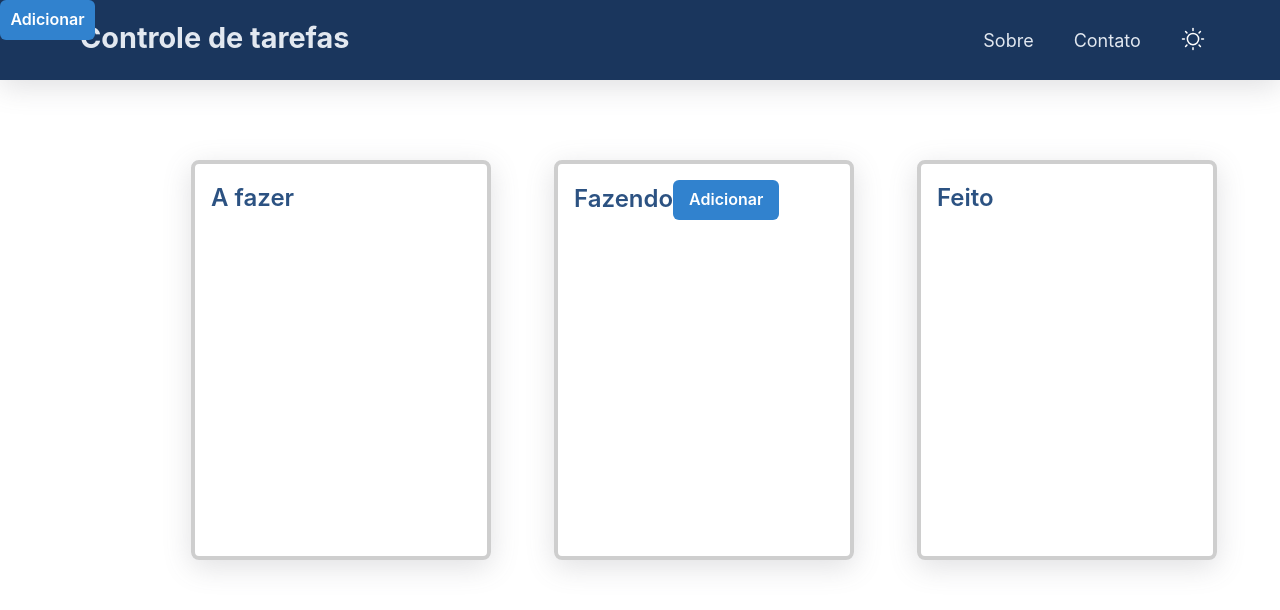
Repository: leosulzbach/Hackaton-Relampago
Page: /home (app in Front/)
An editor plug-in stored every save of this project. The page is shown before and after the next save, followed by the edit.
The browser window is 1280 px wide. The pictures show the whole page.
The page's requests for data from a server got no answer. The project was rebuilt for these pictures with package versions that can differ from the ones it lists, and the page was loaded fresh each time. No one was signed in, and anything a server would have sent is missing. Also part of the build but not shown: Front/vite.config.ts.

Above is the page before, as saved 2022-11-07 16:17:12.

### Front/src/App.tsx
import { ChakraProvider, theme } from "@chakra-ui/react"
import { BrowserRouter } from "react-router-dom"
import { Router } from "./Routes/Router"



function App() {
  return(
    <ChakraProvider theme={theme}>
    <BrowserRouter>
      <Router />
    </BrowserRouter>
  </ChakraProvider>
  )
}

export default App

### Front/src/Routes/Router.tsx
import { Routes, Route } from "react-router-dom";
import { Home } from "../Pages/home";


export function Router() {
  return (
    <Routes>
      <Route path="/home" element={<Home />} />
     </Routes>
  );
}

### Front/src/Pages/home.tsx
import { Box, Button, Flex, Grid, Text } from '@chakra-ui/react'
import axios from 'axios';
import { CalendarPlus } from 'phosphor-react';
import { useEffect, useState } from 'react';
import { Header } from '../Components/Header'


export interface Cadastro {
    id: number;
    descricao: string;
    situacao: string;
    data_vencimento: string;
    prioridade: string;
    email: string

}

export const Home = () => {

        const [CadastroList, setCadastroList] = useState<Cadastro[]>([]);
        const [CadastroFilter, setCadastroFilter] = useState<Cadastro[]>(CadastroList);


        useEffect(() => {
            axios.get<Cadastro[]>("http://localhost:3000/tarefas").then((response) => {
                setCadastroList(response.data);
            });
        }, []);


        const [tarefa, settarefa] = useState<any>();




        useEffect(() => {


            setCadastroFilter(

                CadastroList);
        }, [CadastroList])


    return (
        <Flex>
            <Header />
         <Button colorScheme='blue'>Adicionar</Button>

            <Grid
                templateColumns='repeat(3, 1fr)'
                ml={"6rem"}
                mt={"10rem"}
                alignItems={"center"}
                width='100%'
                height="100%"
            >
                <Box
                    border={"4px solid #cecece"}
                    boxShadow={"rgba(100, 100, 111, 0.2) 0px 7px 29px 0px"}
                    borderRadius={8}
                    w={"300px"}
                    h={"400px"}
                >
                    <Text
                        p={"1rem"}
                        fontSize={"1.5rem"}
                        fontWeight={"semibold"}
                        color={"blue.700"}
                    >A fazer</Text>

                </Box>
                <Box
                    border={"4px solid #cecece"}
                    boxShadow={"rgba(100, 100, 111, 0.2) 0px 7px 29px 0px"}
                    borderRadius={8}
                    w={"300px"}
                    h={"400px"}>
                    <Text
                        p={"1rem"}
                        fontSize={"1.5rem"}
                        fontWeight={"semibold"}
                        color={"blue.700"}
                    >Fazendo
                     <Button colorScheme='blue'>Adicionar</Button></Text>
                </Box>
                <Box
                    border={"4px solid #cecece"}
                    boxShadow={"rgba(100, 100, 111, 0.2) 0px 7px 29px 0px"}
                    borderRadius={8}
                    w={"300px"}
                    h={"400px"}>
                    <Text
                        p={"1rem"}
                        fontSize={"1.5rem"}
                        fontWeight={"semibold"}
                        color={"blue.700"}
                    >Feito</Text>
                </Box>

            </Grid>
        </Flex>
    )

}

### Front/src/Components/Header.tsx
import { Box, Flex, Input, Link, Text } from "@chakra-ui/react";
import { Sun } from "phosphor-react";



export const Header = () => {
    return (
        <Flex

            as="header"
            w="100%"
            h="20"
            justify="space-between"

            borderBottomWidth={1}
            borderColor="blue.900"
            bg="blue.900"
            position={"fixed"}
            boxShadow="rgba(100, 100, 111, 0.2) 0px 7px 29px 0px"
        >
            <Flex
                p="1rem"
                justify="flex-start"
                ml="4rem"
            >
                <Text
                    fontSize="1.8rem"
                    fontWeight="bold"
                    color="gray.200"
                >
                    Controle de tarefas
                </Text>
            </Flex>
            <Flex
                p="1.7rem"
                mr="3rem"
                justify="flex-end"
                gap={10}
            >

                <Link

                    href="/sobre"
                    color="gray.200"
                    fontSize={18}
                    _hover={{
                        borderBottom: '4px solid  blue', transition: 'all 0.3s ease-out', transform: 'translate(-11px, 0px)'
                    }}
                >
                    Sobre
                </Link>
                <Link
                    href="/contato"
                    color="gray.200"
                    fontSize={18}
                    _hover={{
                        borderBottom: '4px solid  blue', transition: 'all 0.3s ease-out', transform: 'translate(-11px, 0px)'
                    }}

                >
                    Contato
                </Link>
                <Sun size={24} color={"white"} />
            </Flex>



        </Flex>
    );
}

Loaded but not shown: Front/index.html (common file); Front/src/main.tsx (common file)

After the next save:
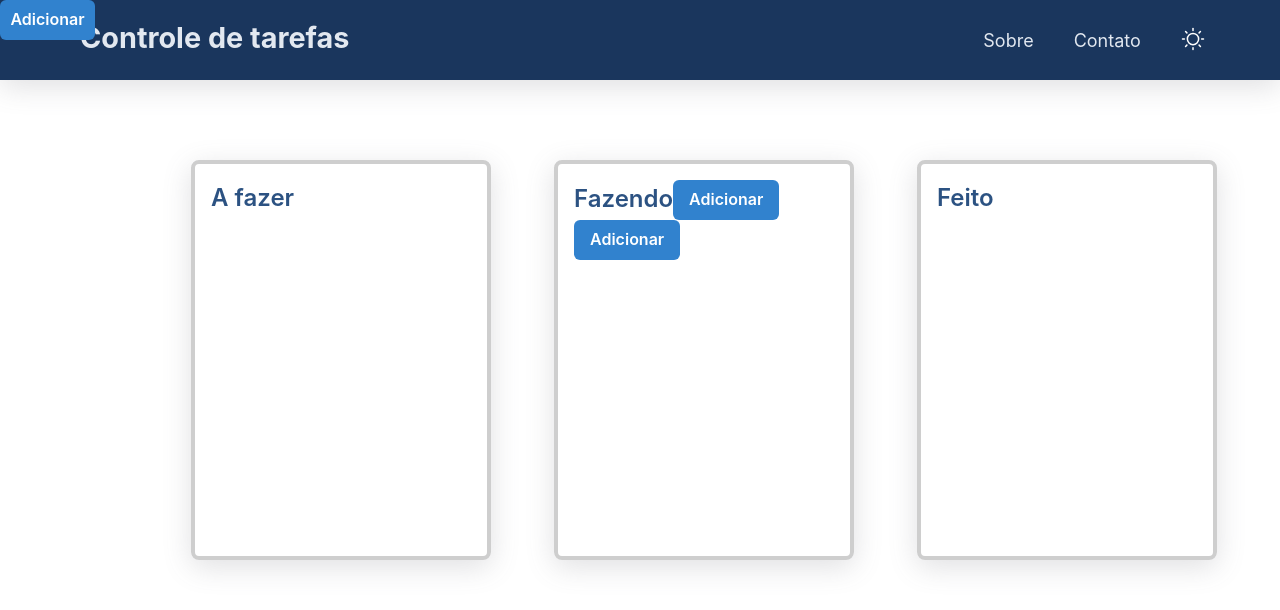
Saved 8 s later.
--- a/Front/src/Pages/home.tsx
+++ b/Front/src/Pages/home.tsx
@@ -82,6 +82,7 @@ export const Home = () => {
                         fontWeight={"semibold"}
                         color={"blue.700"}
                     >Fazendo
+                     <Button colorScheme='blue'>Adicionar</Button>
                      <Button colorScheme='blue'>Adicionar</Button></Text>
                 </Box>
                 <Box
